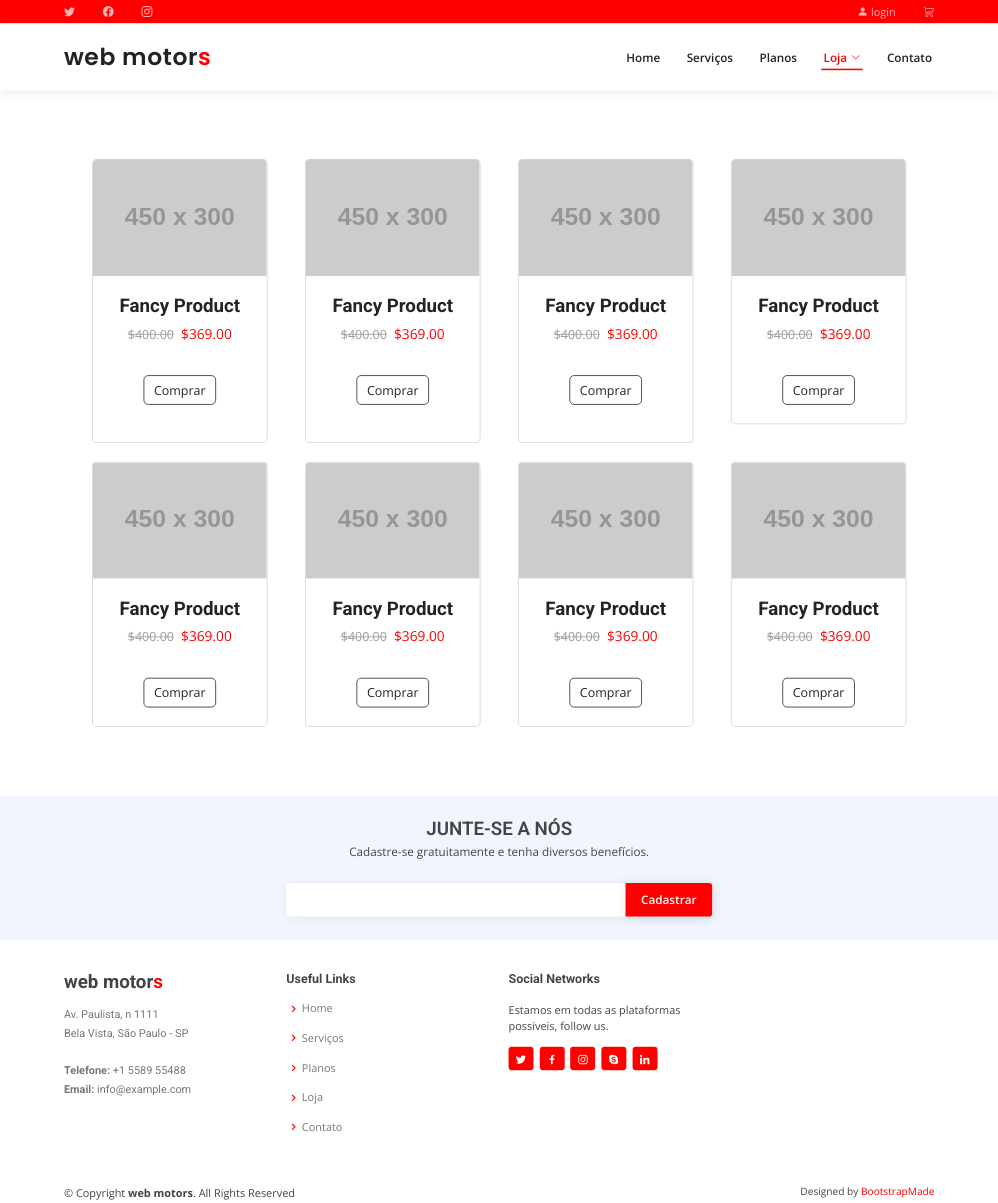
Repository: 01nethy/WebMotors
Page: produtos.html
The author's editor kept a copy of each file at every save. The page is drawn from the files as they stood at one save, then again after the next save.
The browser window is 1280 px wide. The pictures show the whole page, at 78% of full size.

Above is the page before, as saved 2023-12-08 15:13:21.

### produtos.html
<!DOCTYPE html>
<html lang="pt-BR">

<head>
  <meta charset="utf-8">
  <meta content="width=device-width, initial-scale=1.0" name="viewport">

  <title>Produtos Automotivos - Web Motors</title>
  <meta content="" name="description">
  <meta content="" name="keywords">

  <!-- Favicons -->
  <link href="assets/img/favicon.png" rel="icon">
  <link href="assets/img/apple-touch-icon.png" rel="apple-touch-icon">

  <!-- Google Fonts -->
  <link
    href="https://fonts.googleapis.com/css?family=Open+Sans:300,300i,400,400i,600,600i,700,700i|Roboto:300,300i,400,400i,500,500i,600,600i,700,700i|Poppins:300,300i,400,400i,500,500i,600,600i,700,700i"
    rel="stylesheet">

  <!-- Vendor CSS Files -->
  <link href="assets/vendor/aos/aos.css" rel="stylesheet">
  <link href="assets/vendor/bootstrap/css/bootstrap.min.css" rel="stylesheet">
  <link href="assets/vendor/bootstrap-icons/bootstrap-icons.css" rel="stylesheet">
  <link href="assets/vendor/boxicons/css/boxicons.min.css" rel="stylesheet">
  <link href="assets/vendor/glightbox/css/glightbox.min.css" rel="stylesheet">
  <link href="assets/vendor/swiper/swiper-bundle.min.css" rel="stylesheet">

  <!-- Template Main CSS File -->
  <link href="assets/css/style.css" rel="stylesheet">

  <!-- =======================================================
  * Template Name: BizLand
  * Updated: Jul 27 2023 with Bootstrap v5.3.1
  * Template URL: https://bootstrapmade.com/bizland-bootstrap-business-template/
  * Author: BootstrapMade.com
  * License: https://bootstrapmade.com/license/
  ======================================================== -->
</head>

<body>
 <!-- ======= Top Bar ======= -->
 <section id="topbar" class="d-flex align-items-center">
  <div id="topajust" class="container d-flex">
    <div class="social-links col-6 ">
      <a href="#" class="twitter m-0"><i class="bi bi-twitter"></i></a>
      <a href="#" class="facebook"><i class="bi bi-facebook"></i></a>
      <a href="#" class="instagram"><i class="bi bi-instagram"></i></a>
      <!-- <a href="#" class="linkedin"><i class="bi bi-linkedin"></i></i></a> -->
    </div>
    <div class="social-links col-6 text-end">
      <a href="login.html"><i class="bi bi-person-fill"></i> login </a>
      <a href="cart.html"> <i class="bi bi-cart3"></i></a>
    </div>
  </div>
</section>

  <!-- ======= Header nav ======= -->
  <header id="header" class="d-flex">
    <div class="container d-flex align-items-center justify-content-between"">
      <h1 class=" logo"><a href="index.html">web motor<span>s</span></a></h1>
      <nav id="navbar" class="nav navbar justify-content-end">
        <ul>
          <li><a class="nav-link scrollto" href="index.html">Home</a></li>
          <!-- <li><a class="nav-link scrollto" href="#about">Mecanica</a></li>-->
          <li><a class="nav-link scrollto" href="index.html #services">Serviços</a></li>
          <!-- <li><a class="nav-link scrollto " href="#portfolio">Aditivo</a></li>-->
          <li><a class="nav-link scrollto" href="index.html #pricing">Planos</a></li>
          <li class="dropdown"><a class="active" href="produtos.html"><span>Loja</span> <i class="bi bi-chevron-down"></i></a>
            <ul>
              <li><a href="#">Aditivos</a></li>
              <!-- <li class="dropdown"><a href="#"><span>Deep Drop Down</span> <i class="bi bi-chevron-right"></i></a>
                <ul>
                  <li><a href="#">Deep Drop Down 1</a></li>
                  <li><a href="#">Deep Drop Down 2</a></li>
                  <li><a href="#">Deep Drop Down 3</a></li>
                  <li><a href="#">Deep Drop Down 4</a></li>
                  <li><a href="#">Deep Drop Down 5</a></li>
                </ul>
              </li> -->
              <li><a href="#">Borracha</a></li>
              <li><a href="#">Pneus</a></li>
            </ul>
          </li>
          <li><a class="nav-link scrollto" href="index.html #contact">Contato</a></li>
        </ul>
        <i class="bi bi-list mobile-nav-toggle"></i>
      </nav><!-- .navbar -->
    </div>
  </header>

  <main id="main" data-aos="fade-up">
    <section class="inner-page">
      <div class="container px-4 px-lg-5 mt-5">
        <div class="row gx-4 gx-lg-5 row-cols-2 row-cols-md-3 row-cols-xl-4 justify-content-center">
          <div class="col mb-4">
            <div class="card h-100">
              <img class="card-img-top" src="https://dummyimage.com/450x300/dee2e6/6c757d.jpg" alt="..." />
              <div class="p-4">
              <div class="text-center">
                <h4 class="fw-bolder">Fancy Product</h4>
                <p class="item-price">
                  <strike>$400.00</strike> <span>$369.00</span>
                </p>
              </div>
            </div>
              <div class="card-footer p-4 pt-0 border-top-0 bg-transparent">
                <div class="text-center"><a class="btn btn-outline-dark mt-auto" href="#">Comprar</a>
                </div>
              </div>
            </div>
          </div>
          <div class="col mb-4">
            <div class="card h-100">
              <img class="card-img-top" src="https://dummyimage.com/450x300/dee2e6/6c757d.jpg" alt="..." />
              <div class="p-4">
              <div class="text-center">
                <h4 class="fw-bolder">Fancy Product</h4>
                <p class="item-price">
                  <strike>$400.00</strike> <span>$369.00</span>
                </p>
              </div>
            </div>
              <div class="card-footer p-4 pt-0 border-top-0 bg-transparent">
                <div class="text-center"><a class="btn btn-outline-dark mt-auto" href="#">Comprar</a>
                </div>
              </div>
            </div>
          </div>
          <div class="col mb-4">
            <div class="card h-100">
              <img class="card-img-top" src="https://dummyimage.com/450x300/dee2e6/6c757d.jpg" alt="..." />
              <div class="p-4">
              <div class="text-center">
                <h4 class="fw-bolder">Fancy Product</h4>
                <p class="item-price">
                  <strike>$400.00</strike> <span>$369.00</span>
                </p>
              </div>
            </div>
              <div class="card-footer p-4 pt-0 border-top-0 bg-transparent">
                <div class="text-center"><a class="btn btn-outline-dark mt-auto" href="#">Comprar</a>
                </div>
              </div>
            </div>
          </div>
          <div class="col mb-5">
            <div class="card h-100">
              <img class="card-img-top" src="https://dummyimage.com/450x300/dee2e6/6c757d.jpg" alt="..." />
              <div class="p-4">
              <div class="text-center">
                <h4 class="fw-bolder">Fancy Product</h4>
                <p class="item-price">
                  <strike>$400.00</strike> <span>$369.00</span>
                </p>
              </div>
            </div>
              <div class="card-footer p-4 pt-0 border-top-0 bg-transparent">
                <div class="text-center"><a class="btn btn-outline-dark mt-auto" href="#">Comprar</a>
                </div>
              </div>
            </div>
          </div>
          <div class="col mb-5">
            <div class="card h-100">
              <img class="card-img-top" src="https://dummyimage.com/450x300/dee2e6/6c757d.jpg" alt="..." />
              <div class="p-4">
              <div class="text-center">
                <h4 class="fw-bolder">Fancy Product</h4>
                <p class="item-price">
                  <strike>$400.00</strike> <span>$369.00</span>
                </p>
              </div>
            </div>
              <div class="card-footer p-4 pt-0 border-top-0 bg-transparent">
                <div class="text-center"><a class="btn btn-outline-dark mt-auto" href="#">Comprar</a>
                </div>
              </div>
            </div>
          </div>
          <div class="col mb-5">
            <div class="card h-100">
              <img class="card-img-top" src="https://dummyimage.com/450x300/dee2e6/6c757d.jpg" alt="..." />
              <div class="p-4">
              <div class="text-center">
                <h4 class="fw-bolder">Fancy Product</h4>
                <p class="item-price">
                  <strike>$400.00</strike> <span>$369.00</span>
                </p>
              </div>
            </div>
              <div class="card-footer p-4 pt-0 border-top-0 bg-transparent">
                <div class="text-center"><a class="btn btn-outline-dark mt-auto" href="#">Comprar</a>
                </div>
              </div>
            </div>
          </div>
          <div class="col mb-5">
            <div class="card h-100">
              <img class="card-img-top" src="https://dummyimage.com/450x300/dee2e6/6c757d.jpg" alt="..." />
              <div class="p-4">
              <div class="text-center">
                <h4 class="fw-bolder">Fancy Product</h4>
                <p class="item-price">
                  <strike>$400.00</strike> <span>$369.00</span>
                </p>
              </div>
            </div>
              <div class="card-footer p-4 pt-0 border-top-0 bg-transparent">
                <div class="text-center"><a class="btn btn-outline-dark mt-auto" href="#">Comprar</a>
                </div>
              </div>
            </div>
          </div>
          <div class="col mb-5">
            <div class="card h-100">
              <img class="card-img-top" src="https://dummyimage.com/450x300/dee2e6/6c757d.jpg" alt="..." />
              <div class="p-4">
              <div class="text-center">
                <h4 class="fw-bolder">Fancy Product</h4>
                <p class="item-price">
                  <strike>$400.00</strike> <span>$369.00</span>
                </p>
              </div>
            </div>
              <div class="card-footer p-4 pt-0 border-top-0 bg-transparent">
                <div class="text-center"><a class="btn btn-outline-dark mt-auto" href="#">Comprar</a>
                </div>
              </div>
            </div>
          </div>

        </div>
      </div>
    </section>
  </main><!-- End #main -->

 <!-- ======= Footer ======= -->
 <footer id="footer">
  <div class="footer-newsletter">
    <div class="container">
      <div class="row justify-content-center">
        <div class="col-lg-6">
          <h4>JUNTE-SE A NÓS</h4>
          <p>Cadastre-se gratuitamente e tenha diversos benefícios.</p>
          <form action="" method="post">
            <input type="email" name="email"><input type="submit" value="Cadastrar">
          </form>
        </div>
      </div>
    </div>
  </div>
  <div class="footer-top">
    <div class="container">
      <div class="row">
        <div class="col-lg-3 col-md-6 footer-contact">
          <h3>web motor<span>s</span></h3>
          <p>
            Av. Paulista, n 1111 <br>
            Bela Vista, São Paulo - SP<br>
            <br>
            <strong>Telefone:</strong> +1 5589 55488<br>
            <strong>Email:</strong> info@example.com<br>
          </p>
        </div>
        <div class="col-lg-3 col-md-6 footer-links">
          <h4>Useful Links</h4>
          <ul>
            <li><i class="bx bx-chevron-right"></i> <a href="#">Home</a></li>
            <li><i class="bx bx-chevron-right"></i> <a href="#">Serviços</a></li>
            <li><i class="bx bx-chevron-right"></i> <a href="#">Planos</a></li>
            <li><i class="bx bx-chevron-right"></i> <a href="#">Loja</a></li>
            <li><i class="bx bx-chevron-right"></i> <a href="#">Contato</a></li>
          </ul>
        </div>
        <div class="col-lg-3 col-md-6 footer-links">
          <h4>Social Networks</h4>
          <p>Estamos em todas as plataformas possiveis,
            follow us.</p>
          <div class="social-links mt-3">
            <a href="#" class="twitter"><i class="bx bxl-twitter"></i></a>
            <a href="#" class="facebook"><i class="bx bxl-facebook"></i></a>
            <a href="#" class="instagram"><i class="bx bxl-instagram"></i></a>
            <a href="#" class="google-plus"><i class="bx bxl-skype"></i></a>
            <a href="#" class="linkedin"><i class="bx bxl-linkedin"></i></a>
          </div>
        </div>
      </div>
    </div>
  </div>
  <div class="container py-4">
    <div class="copyright">
      &copy; Copyright <strong><span>web motors</span></strong>. All Rights Reserved
    </div>
    <div class="credits">
      <!-- All the links in the footer should remain intact. -->
      <!-- You can delete the links only if you purchased the pro version. -->
      <!-- Licensing information: https://bootstrapmade.com/license/ -->
      <!-- Purchase the pro version with working PHP/AJAX contact form: https://bootstrapmade.com/web motors-bootstrap-business-template/ -->
      Designed by <a href="https://bootstrapmade.com/">BootstrapMade</a>
    </div>
  </div>
</footer>

  <div id="preloader"></div>
  <a href="#" class="back-to-top d-flex align-items-center justify-content-center"><i
      class="bi bi-arrow-up-short"></i></a>

  <!-- Vendor JS Files -->
  <script src="assets/vendor/purecounter/purecounter_vanilla.js"></script>
  <script src="assets/vendor/aos/aos.js"></script>
  <script src="assets/vendor/bootstrap/js/bootstrap.bundle.min.js"></script>
  <script src="assets/vendor/glightbox/js/glightbox.min.js"></script>
  <script src="assets/vendor/isotope-layout/isotope.pkgd.min.js"></script>
  <script src="assets/vendor/swiper/swiper-bundle.min.js"></script>
  <script src="assets/vendor/waypoints/noframework.waypoints.js"></script>
  <script src="assets/vendor/php-email-form/validate.js"></script>

  <!-- Template Main JS File -->
  <script src="assets/js/main.js"></script>
</body>
</html>

Loaded but not shown: assets/vendor/aos/aos.css (library); assets/vendor/bootstrap/css/bootstrap.min.css (library); assets/vendor/bootstrap-icons/bootstrap-icons.css (library); assets/vendor/boxicons/css/boxicons.min.css (library); assets/vendor/glightbox/css/glightbox.min.css (library); assets/vendor/swiper/swiper-bundle.min.css (library); assets/vendor/purecounter/purecounter_vanilla.js (library); assets/vendor/aos/aos.js (library); assets/vendor/bootstrap/js/bootstrap.bundle.min.js (library); assets/vendor/glightbox/js/glightbox.min.js (library); assets/vendor/isotope-layout/isotope.pkgd.min.js (library); assets/vendor/swiper/swiper-bundle.min.js (library); assets/vendor/waypoints/noframework.waypoints.js (library); assets/vendor/php-email-form/validate.js (common file); assets/js/main.js (289 lines, source omitted); assets/css/style.css (2218 lines, source omitted)

After the next save:
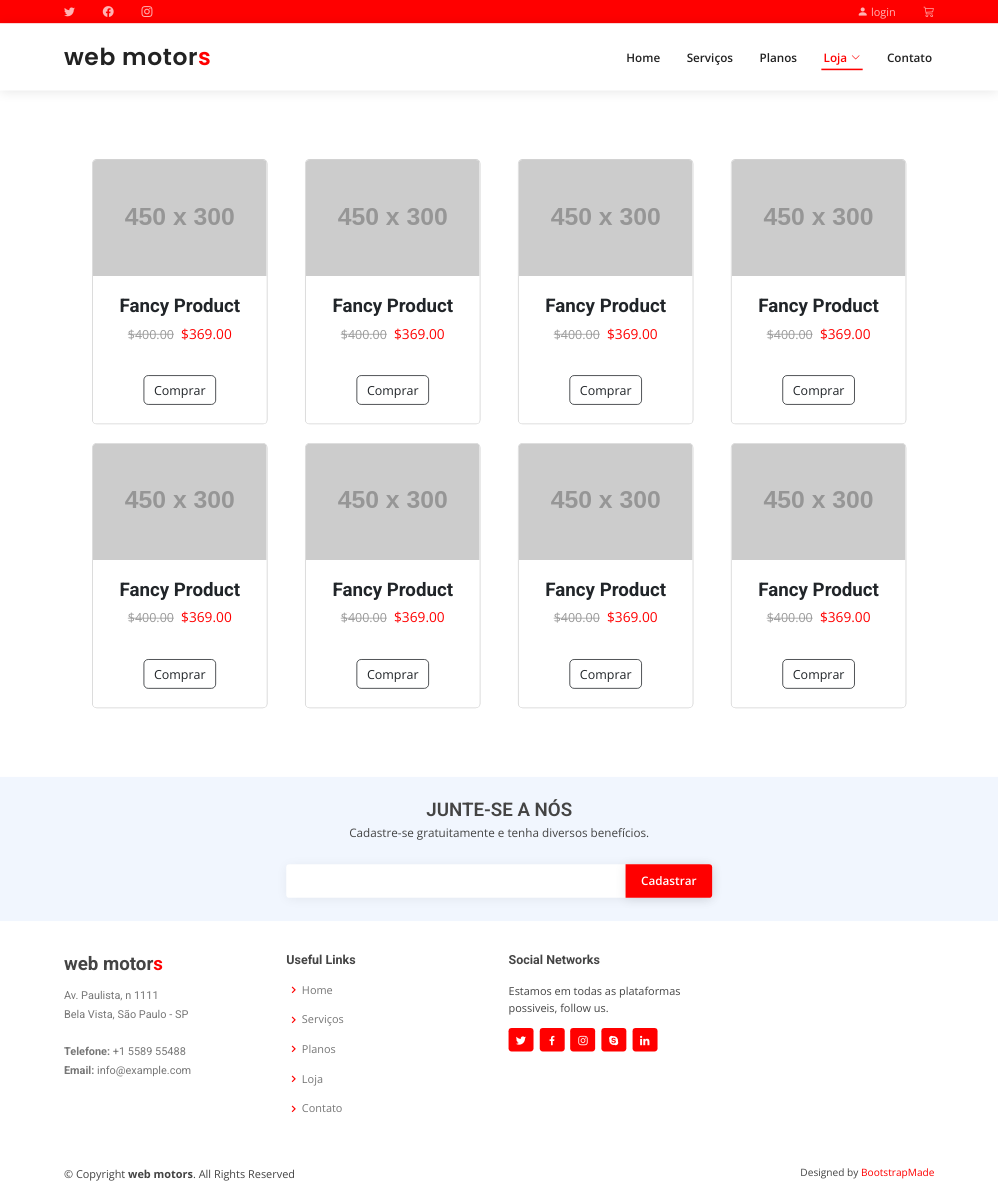
Saved 17 s later.
--- a/produtos.html
+++ b/produtos.html
@@ -144,7 +144,7 @@
               </div>
             </div>
           </div>
-          <div class="col mb-5">
+          <div class="col mb-4">
             <div class="card h-100">
               <img class="card-img-top" src="https://dummyimage.com/450x300/dee2e6/6c757d.jpg" alt="..." />
               <div class="p-4">
